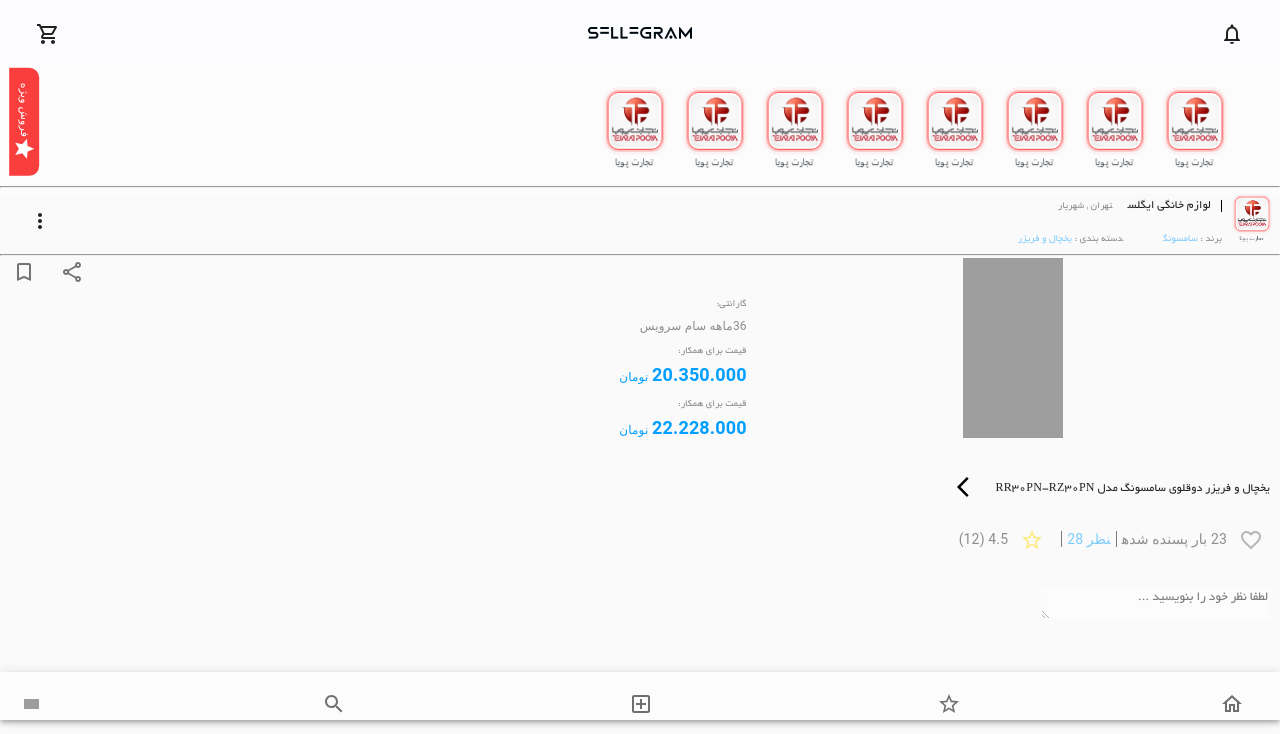
Repository: sadegh1379/selegram
Page: /
These files come from the project's save history. The page is drawn as it stood at one moment and after the next save; the edit follows.
The browser window is 1280 px wide. The pictures show the whole page.
Pictures or frames that could not be fetched are drawn as grey boxes. The project was rebuilt for these pictures with package versions that can differ from the ones it lists, and the page was loaded fresh each time. Also part of the build but not shown: src/components/login/Login.js, src/components/login/LoginOne.js, src/components/login/LoginThree.js.

Above is the page before, as saved 2020-09-09 16:44:56.

### public/index.html
<!DOCTYPE html>
<html lang="en">
  <head>
    <meta charset="utf-8" />
    <link rel="icon" href="%PUBLIC_URL%/favicon.ico" />
    <meta
      name="viewport"
      content="minimum-scale=1, initial-scale=1, width=device-width"
    />
    <meta name="theme-color" content="#000000" />
    <meta
      name="description"
      content="Web site created using create-react-app"
    />
    <link rel="apple-touch-icon" href="%PUBLIC_URL%/logo192.png" />
    <!--
      manifest.json provides metadata used when your web app is installed on a
      user's mobile device or desktop. See https://developers.google.com/web/fundamentals/web-app-manifest/
    -->
    <link rel="manifest" href="%PUBLIC_URL%/manifest.json" />
    <!--
      Notice the use of %PUBLIC_URL% in the tags above.
      It will be replaced with the URL of the `public` folder during the build.
      Only files inside the `public` folder can be referenced from the HTML.

      Unlike "/favicon.ico" or "favicon.ico", "%PUBLIC_URL%/favicon.ico" will
      work correctly both with client-side routing and a non-root public URL.
      Learn how to configure a non-root public URL by running `npm run build`.
    -->
    <title>React App</title>
  </head>
  <body dir="rtl">
    <noscript>You need to enable JavaScript to run this app.</noscript>
    <div id="root"></div>
    <!--
      This HTML file is a template.
      If you open it directly in the browser, you will see an empty page.

      You can add webfonts, meta tags, or analytics to this file.
      The build step will place the bundled scripts into the <body> tag.

      To begin the development, run `npm start` or `yarn start`.
      To create a production bundle, use `npm run build` or `yarn build`.
    -->
  </body>
</html>

### src/index.js
import React from 'react';
import ReactDOM from 'react-dom';
import App from './App';
import { createMuiTheme, ThemeProvider } from '@material-ui/core/styles';
import RTL from './RTL';
import {BrowserRouter as Router} from 'react-router-dom';
// import '../node_modules/bootstrap/dist/css/bootstrap.css';
import {DataProvider} from './context'

const theme = createMuiTheme({
  direction: 'rtl', // Both here and <body dir="rtl">
});

ReactDOM.render(
      <ThemeProvider theme={theme}>
                      <RTL>
                          <Router>
                              <DataProvider>
                                    <App />
                              </DataProvider>
                          </Router>
                      </RTL>
      </ThemeProvider>
  ,
  document.getElementById('root')
);

### src/App.js
import React from 'react';
import './App.css';
import {Switch , Route} from 'react-router-dom';

import Login from './components/login/Login';
import LoginOne from './components/login/LoginOne';
import LoginThree from './components/login/LoginThree';
import LoginFour from './components/body/LoginFour'

function App() {
  return (
    <div className="App">
      <Switch>
        <Route exact path="/login" component={(props)=><Login {...props}/>} />
        <Route exact path="/login-1" component={(props)=><LoginOne {...props}/>} />
        <Route exact path="/login-3" component={(props)=><LoginThree {...props}/>} />
        <Route exact path="/" component={(props)=><LoginFour {...props}/>} />
      </Switch>
    </div>
  );
}

export default App;

### src/RTL.js
import React from 'react'
import { create } from 'jss';
import rtl from 'jss-rtl';
import { StylesProvider, jssPreset } from '@material-ui/core/styles';

// Configure JSS
const jss = create({ plugins: [...jssPreset().plugins, rtl()] });

function RTL(props) {
  return (
    <StylesProvider jss={jss}>
      {props.children}
    </StylesProvider>
  );
}

export default RTL;

### src/context.js
import React , {createContext ,Component}  from 'react';

const context = createContext()

 class DataProvider extends Component {
    constructor(props){
        super(props);

        this.state={
            kala:[{
                name:'sadegh',
                img:'./img/kala.png'
            },
            {
                name:'sadegh',
                img:'./img/kala.png'
            },
            {
                name:'sadegh',
                img:'./img/kala.png'
            },
            {
                name:'sadegh',
                img:'./img/kala.png'
            },
            {
                name:'sadegh',
                img:'./img/kala.png'
            },
            {
                name:'sadegh',
                img:'./img/kala.png'
            },
            {
                name:'sadegh',
                img:'./img/kala.png'
            },
            {
                name:'sadegh',
                img:'./img/kala.png'
            }
        ],
        select:'./img/ice.png'
        }
    }
    render() {
        return (
            <context.Provider value={{
                    ...this.state
            }}>
                {this.props.children}
            </context.Provider>
        )
    }
}

const DataConsumer = context.Consumer;

export { DataProvider , DataConsumer , context};

### src/App.css
@font-face {
    font-family: BYekan;
    src: url('./font/BYekan.ttf') , url('./font/BYekan.eot') , url('./font/BYekan.woff');
  }

html , body , #root{
    margin: 0px ;
    padding:0px;

}
.font-yekan{
    font-family: BYekan !important;
  }
label{
    color:#034DA2 !important;
    font-size: 14px;

    font-weight: small !important;

    margin-right: 10px;
    font-family: BYekan !important;
}

.color-text{
  color:#404D66
}

.no-scroll::-webkit-scrollbar{
  display: none;

}
.no-scroll{
  -ms-overflow-style: none ;
  scrollbar-width: none;
}

.lighblue{
  color:#009FFF;
}
.font-10-px{
  font-size: 10px;
}
.font-12-px{
  font-size: 12px;
}
.text-right{
  text-align: right;
}
.text-left{
  text-align: left;
}

.opacity{
  opacity: 0.5;

}

.money-color{
  color:#009FFF;
  font-size:18px;
  font-weight: bolder  ;
}

.toman-blue{
  font-size: 12px;
  color:#009FFF ;

}

### src/components/body/LoginFour.js
import React , {useContext} from 'react';
import Navbar from '../static/Navbar';
import Button from '@material-ui/core/Button';
import Grid from '@material-ui/core/Grid'
import {context} from '../../context';
import useStyles from './styles';
import StarIcon from '@material-ui/icons/Star';
import Menu from '@material-ui/core/Menu';
import MenuItem from '@material-ui/core/MenuItem';
import MoreVertIcon from '@material-ui/icons/MoreVert';
import BookmarkBorderIcon from '@material-ui/icons/BookmarkBorder';
import ShareOutlinedIcon from '@material-ui/icons/ShareOutlined';
import { IconButton } from '@material-ui/core';
import ArrowBackIosIcon from '@material-ui/icons/ArrowBackIos';
import FavoriteBorderOutlinedIcon from '@material-ui/icons/FavoriteBorderOutlined';
import BottomAppBar from '../static/BottomAppBar';
import StarBorderIcon from '@material-ui/icons/StarBorder';



function LoginFour() {
    const classes = useStyles();
    const [anchorEl, setAnchorEl] = React.useState(null);
    const [opinion , setOpinion] = React.useState('لطفا نظر خود را بنویسید ...');

    const data = useContext(context);
    console.log(data);

    // fordropdown---------

    const handleClick = (event) => {
        setAnchorEl(event.currentTarget);
      };

      const handleClose = () => {
        setAnchorEl(null);
      };

      //-------------------

    return (
        <React.Fragment>
            <Navbar/>
             <Grid className={classes.loginFour}>

                    <Grid className={classes.carouselContainer}>
                        <ul className="no-scroll" style={{display:'flex' , overflow:'scroll' , listStyle:'none' }}>
                            <span className={classes.ulf}>
                                <StarIcon/>
                                    فروش ویژه
                            </span>
                            {data.kala.map((item , i)=>{
                                return(
                                    <li style={{margin:'0px 8px' }} key={i}>
                                        <img style={{width:'64px' , height:'83px'}}  src={item.img} alt=""/>


                                    </li>
                                )
                            })
                            }
                        </ul>
                    </Grid><hr style={{margin:'-8px auto'}}/>

                    {/* information component */}

                    <Grid className={classes.informationGrid}>
                        <Grid item ><img alt="img" style={{width:'40px'}} src={data.kala[2].img}/></Grid>
                        <Grid item  className={classes.informationText}>
                            <span className="font-yekan font-12-px" style={{borderRight:'1px solid black' , paddingRight:'10px' }}>لوازم خانگی  ایگلس</span>
                            <span className="font-yekan  font-10-px" style={{marginRight:'15px' , opacity:'0.5'}}>تهران , شهریار</span><br/>
                            <span className="font-yekan font-10-px" style={{opacity:'0.5'}}>برند  :  <span className="lighblue">سامسونگ</span></span>
                            <span className="font-yekan font-10-px" style={{opacity:'0.5', marginRight:'40px'}}>دسته بندی  : <span className="lighblue">یخچال و فریزر</span></span>
                        </Grid>
                        <Grid item>
                            <div>
                                <Button aria-controls="simple-menu" aria-haspopup="true" onClick={handleClick}>
                                    <MoreVertIcon/>
                                </Button>
                                <Menu
                                    id="simple-menu"
                                    anchorEl={anchorEl}
                                    keepMounted
                                    open={Boolean(anchorEl)}
                                    onClose={handleClose}
                                >
                                    <MenuItem onClick={handleClose}>Profile</MenuItem>
                                    <MenuItem onClick={handleClose}>My account</MenuItem>
                                    <MenuItem onClick={handleClose}>Logout</MenuItem>
                                </Menu>
                            </div>
                        </Grid>
                    </Grid><hr style={{margin:'-8px auto'}}/>
                    {/* body */}
                    <Grid className={classes.body}>
                        <Grid className={classes.bodyImg} item md={5} sm={5} xs={5}>
                            <img style={{width:'100px' , height:'180px' ,imageResolution:'from-image'}} src={data.select} alt=""/>
                        </Grid>
                        <Grid item md={7} sm={7} xs={7}>
                            <div  className="text-left">
                                <IconButton>
                                    <ShareOutlinedIcon/>
                                </IconButton>
                                <IconButton>
                                    <BookmarkBorderIcon/>
                                </IconButton>

                            </div>
                            <div  style={{lineHeight:'10px'}}>
                                    <span className="font-10-px opacity font-yekan">گارانتی:</span><p className="font-12-px opacity">36ماهه سام سرویس</p>
                                    <span className="font-10-px opacity font-yekan">قیمت برای همکار:</span><p ><span className="money-color">20.350.000</span> <span className="toman-blue">نومان</span> </p>
                                    <span className="font-10-px opacity font-yekan">قیمت برای همکار:</span><p ><span className="money-color">22.228.000</span> <span className="toman-blue">نومان</span> </p>

                            </div>

                        </Grid>
                    </Grid>

                    <Grid className={classes.getArrow}>
                        <span className="font-12-px font-yekan"> یخچال و فریزر دوقلوی سامسونگ مدل RR30PN-RZ30PN </span>
                        <IconButton >
                                <ArrowBackIosIcon className={classes.color_black}/>
                        </IconButton>
                    </Grid>
                    {/* liked */}
                    <Grid className={classes.liked}>
                                <IconButton> <FavoriteBorderOutlinedIcon/></IconButton>
                                <span>23 بار پسنده شده</span>
                                <span style={{borderLeft:'1px solid black' , margin:'0 5px'}}></span>
                                <span className="lighblue lightblue">نظر 28</span>
                                <span style={{borderLeft:'1px solid black' , margin:'0 5px'}}></span>
                                <IconButton><StarBorderIcon className={classes.goldstar}/></IconButton>
                                <span>4.5 (12)</span>

                    </Grid>
                    {/* Opinion */}
                    <Grid>
                    <form style={{width:'100%' , marginTop:'10px' , padding:'10px'}}  autoComplete="off">
                        <textarea style={{border:'0px'}} onChange={(e)=>setOpinion(e.target.value)} value={opinion} className="font-yekan opacity"  id="" cols="30" rows="2"></textarea>

                    </form>
                    </Grid>



            {/* bottom app bar */}
            <BottomAppBar img={data.select}/>
        </Grid>
    </React.Fragment>
    )
}

export default LoginFour

### src/components/static/Navbar.js
import React from 'react';
import Grid from '@material-ui/core/Grid';
import useStyles from './styles';
import ShoppingCartOutlinedIcon from '@material-ui/icons/ShoppingCartOutlined';
import NotificationsOutlinedIcon from '@material-ui/icons/NotificationsOutlined';
import Button from '@material-ui/core/Button';
import logo from './img/navlogo.png'

function Navbar() {
    const classes = useStyles();
    return (
      <Grid  className={classes.navContainer}>
          <Grid>
              <Button>
                <NotificationsOutlinedIcon/>
              </Button>
          </Grid>
          <Grid className={classes.navlogo}>
              <img style={{width:'50%'}} src={logo} alt="selegram"/>
          </Grid>
          <Grid>
                <Button>
                <ShoppingCartOutlinedIcon/>
                </Button>
          </Grid>
      </Grid>
    )
}

export default Navbar

### src/components/body/styles.js
import { makeStyles } from '@material-ui/core/styles';

const useStyles = makeStyles((theme) => ({
    loginFour:{
        marginBottom:'100px',
    }
    ,
    carouselContainer:{
        backgroundColor:'#FCFCFC',
        padding:'5px'
    },
    ulf:{
        backgroundColor:'#FA3D3D',
        position:'absolute',
        left:'-30px',
        marginTop:'20px',
        padding:'15px',
        // marginLeft:'0px',
        width:'100  px',
        height:'10px',
        transform:'rotateZ(-270deg)',
        display:'flex',
        alignItems:'center',
        justifyContent:'space-between',
        fontSize:'11px',
        color:'#FFFFFF',
        borderRadius:'10px 10px 0 0',
        boxShadow:'-3px 0px 6px'
    },
    informationGrid:{
            display:'flex',
            justifyContent:'space-between',
            padding:'8px',
            alignItems:'center'
    },
    informationText :{
        lineHeight:'30px',
        width:'100%',
        margin:'0 10px',
        padding:'0px'
    },
    body:{
        // backgroundColor:'gold',
        display:'flex'
    },
    bodyImg:{
        width:'100%',
        overflow:'hidden',
        padding:'10px',
        textAlign:'center'
    },
    getArrow:{
        padding:'10px'
    },
    color_black : {
        color:'black'
      },
    liked:{

        display:'felx'
        ,alignItems:'center',
        padding:'5px',
        marginTop:'-10px',
        opacity:'0.5'
    },
    goldstar:{
        color:'gold',

    },

}))


export default useStyles;

### src/components/static/BottomAppBar.js
import React from 'react';
import { makeStyles } from '@material-ui/core/styles';
import AppBar from '@material-ui/core/AppBar';
import CssBaseline from '@material-ui/core/CssBaseline';
import Toolbar from '@material-ui/core/Toolbar';
import IconButton from '@material-ui/core/IconButton';
import AddBoxOutlinedIcon from '@material-ui/icons/AddBoxOutlined';
import SearchIcon from '@material-ui/icons/Search';
import StarBorderOutlinedIcon from '@material-ui/icons/StarBorderOutlined';
import HomeOutlinedIcon from '@material-ui/icons/HomeOutlined';

const useStyles = makeStyles((theme) => ({




  appBar: {
    top: 'auto',
    bottom: 0,
    height:'48px',
    backgroundColor:'#FCFCFC'
  },
  grow: {
    flexGrow: 1,
  },

  toolBar:{
    display:'flex',
    justifyContent:'space-between',
    alignItems:'center'
  },
  icons:{

    color:'#707070'
  }
}));

export default function BottomAppBar(props) {
  const classes = useStyles();

  return (
    <React.Fragment>
      <CssBaseline />

      <AppBar position="fixed" color="default" className={classes.appBar}>
        <Toolbar className={classes.toolBar}>
          <IconButton edge="start" color="inherit" aria-label="open drawer">
            <HomeOutlinedIcon className={classes.icons} />
          </IconButton>
          <IconButton edge="end" color="inherit">
            <StarBorderOutlinedIcon className={classes.icons}/>
          </IconButton>
          <IconButton color="inherit">
            <AddBoxOutlinedIcon className={classes.icons}/>
          </IconButton>
          <IconButton color="inherit">
            <SearchIcon className={classes.icons}/>
          </IconButton>
          <IconButton edge="start" color="inherit" aria-label="open drawer">
            <img style={{width:'14.6px'}} src={props.img} alt=""/>
          </IconButton>
        </Toolbar>
      </AppBar>
    </React.Fragment>
  );
}

### src/components/static/styles.js
import { makeStyles } from '@material-ui/core/styles';

const useStyles = makeStyles((theme) => ({
    navContainer:{
        display:'flex',
        justifyContent:'space-between',
        backgroundColor:'#FCFCFF',
        padding:'16px',
        opacity:'100%',
        alignItems:'center'
    },
    navlogo:{
        textAlign:'center'
    },

}))


export default useStyles;

After the next save:
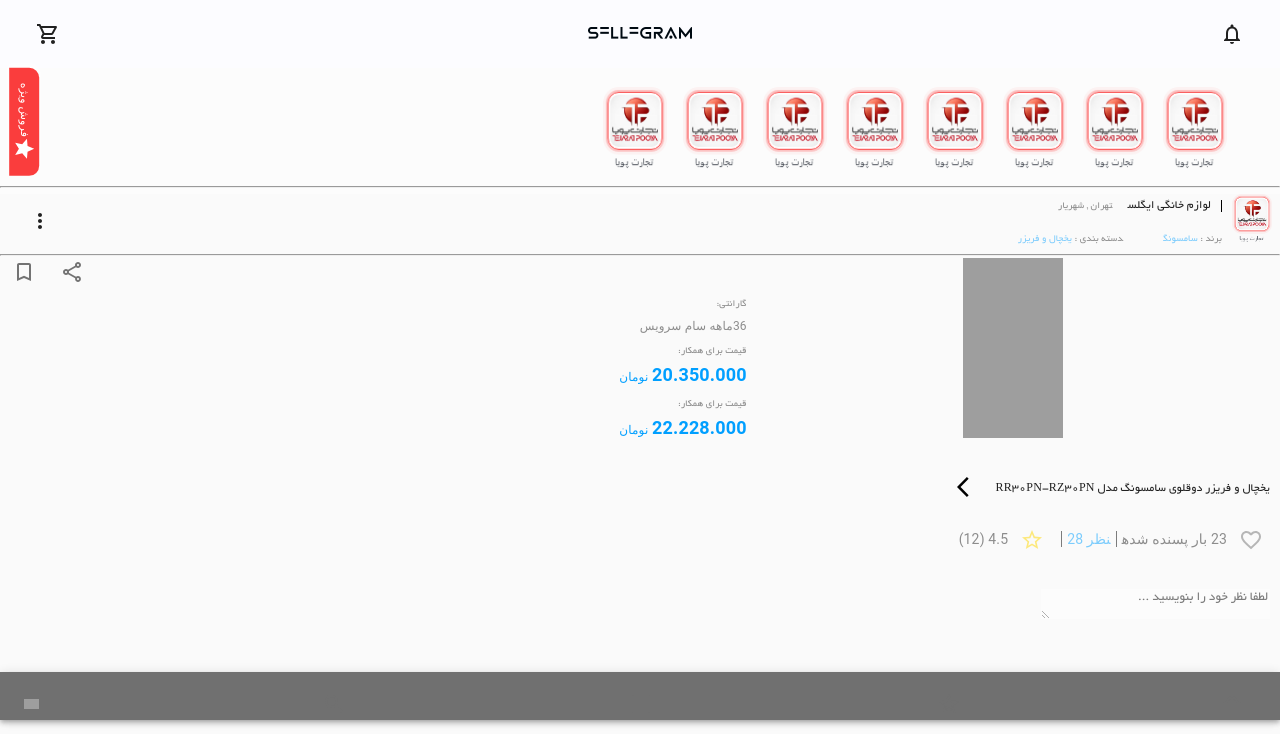
Saved 5 s later.
--- a/src/components/static/BottomAppBar.js
+++ b/src/components/static/BottomAppBar.js
@@ -18,7 +18,7 @@
     top: 'auto',
     bottom: 0,
     height:'48px',
-    backgroundColor:'#FCFCFC'
+    backgroundColor:'#707070'
   },
   grow: {
     flexGrow: 1,

After the save that followed:
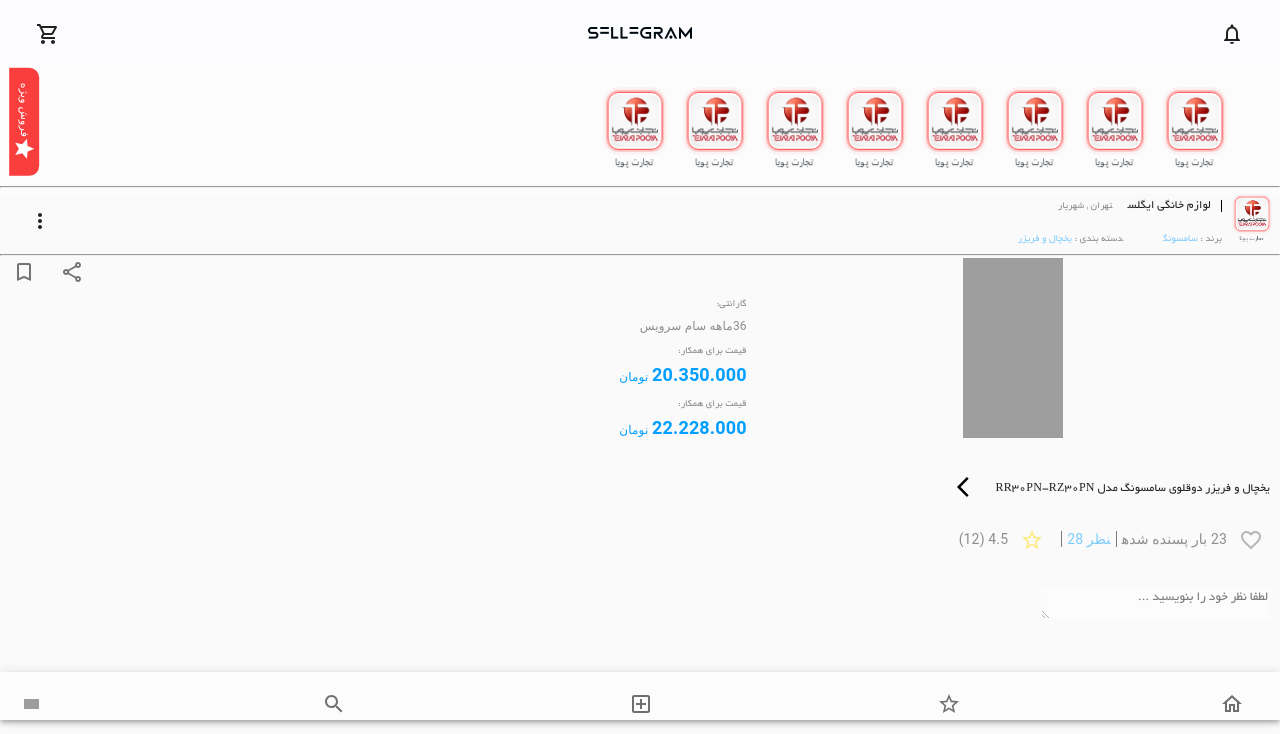
Saved 10 s later.
--- a/src/components/static/BottomAppBar.js
+++ b/src/components/static/BottomAppBar.js
@@ -18,7 +18,7 @@
     top: 'auto',
     bottom: 0,
     height:'48px',
-    backgroundColor:'#707070'
+    backgroundColor:'#FCFCFC'
   },
   grow: {
     flexGrow: 1,
